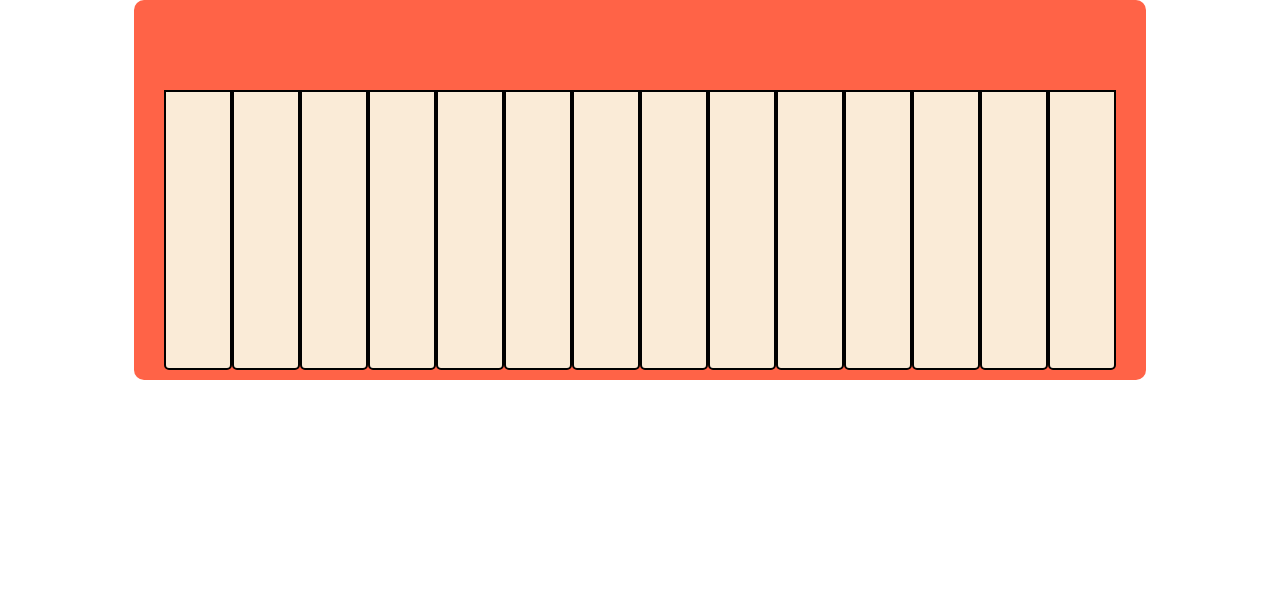
Repository: aishakapan/piano
Page: index.html
An editor plug-in stored every save of this project. The page is shown before and after the next save, followed by the edit.
The browser window is 1280 px wide. The pictures show the whole page.

Above is the page before, as saved 2022-09-03 19:58:58.

After the next save:
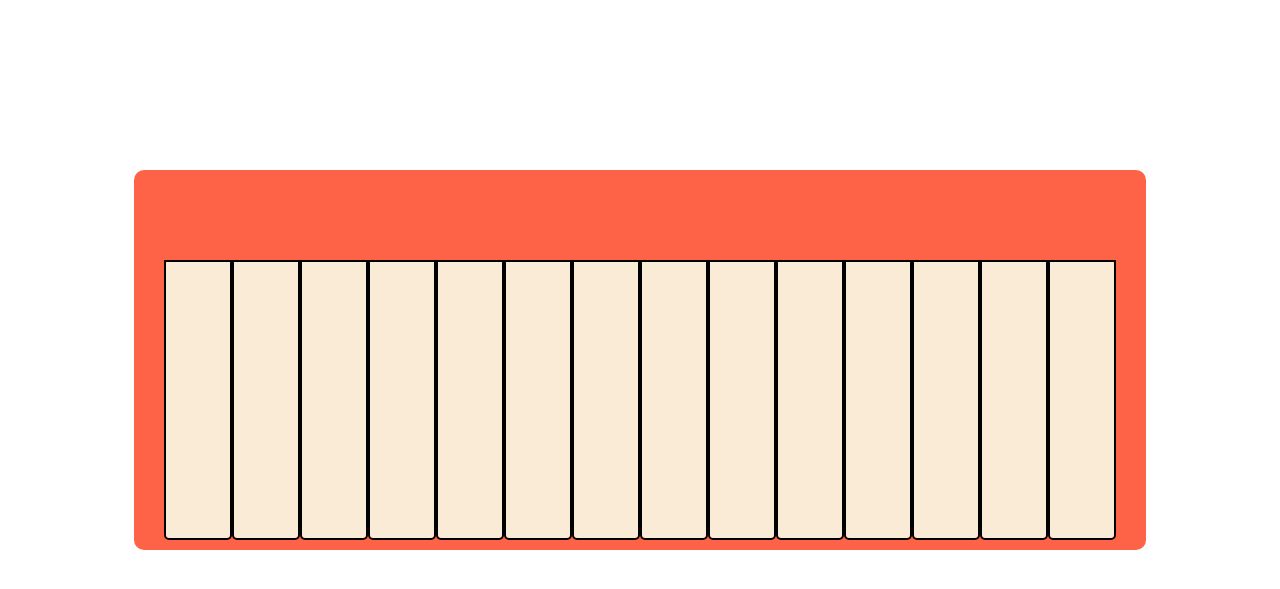
Saved 98 s later.
--- a/styles.css
+++ b/styles.css
@@ -4,7 +4,7 @@ body {
     display: flex;
     justify-content: center;
     height: 100vh;
-    align-content: center;
+    align-items: center;
 }
 
 #piano {
